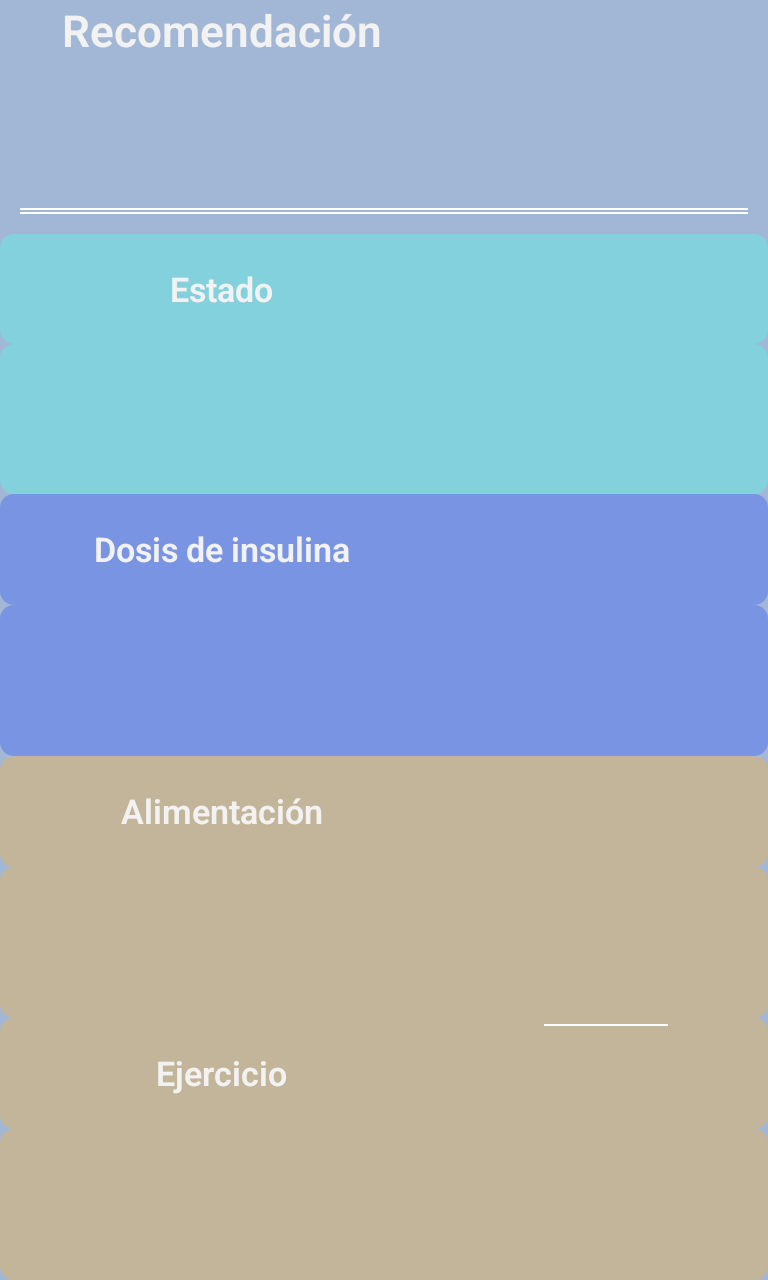
Repository: HectorGarciaMiguel/ssii-diabetes-060036
Layout: SeguimientoDiabetes/res/layout/activity_recomendacion.xml
An editor plug-in stored every save of this project. The layout is shown before and after the next save, followed by the edit.
It is drawn on a 768 x 1280 px phone screen (xhdpi) without system bars, with theme AppTheme; the app's code is not run.

Above is the layout before, as saved 2015-11-17 10:24:34.

### SeguimientoDiabetes/res/layout/activity_recomendacion.xml
<TableLayout xmlns:android="http://schemas.android.com/apk/res/android"
    xmlns:tools="http://schemas.android.com/tools"
    android:id="@+id/TableLayout1"
    android:layout_width="fill_parent"
    android:layout_height="wrap_content"
    android:layout_gravity="top|center"
    android:stretchColumns="*"
    tools:context=".MainActivity" >

    <TableRow
        android:id="@+id/tableRow1"
        android:layout_width="0px"
        android:layout_height="0px"
        android:layout_weight="2">

        <TextView
            android:id="@+id/textView1"
            android:layout_width="fill_parent"
            android:layout_height="fill_parent"
            android:layout_gravity="center_horizontal|center_vertical"
            android:text="Recomendación"
            android:textSize="22sp"
            android:textStyle="bold" />

    </TableRow>

           <View
    		android:layout_height="1dp"
    		android:layout_marginTop="10dp"
    		android:layout_marginRight="10dp"
    		android:layout_marginLeft="10dp"
    		android:layout_marginBottom="1dp"
    		android:background="#FFFFFF"/>
          <View
    		android:layout_height="1dp"
    		android:layout_marginRight="10dp"
    		android:layout_marginLeft="10dp"
    		android:layout_marginBottom="10dp"
    		android:background="#FFFFFF"/>


    <TableRow
        android:id="@+id/tableRow8"
        android:layout_width="0px"
        android:layout_height="0px"
        android:layout_weight="1"
        android:background="@drawable/sombreadoverde" >

        <TextView
            android:id="@+id/textView8"
            android:layout_width="wrap_content"
            android:layout_height="wrap_content"
            android:layout_gravity="center_horizontal|center_vertical"
            android:text="Estado"
            android:textStyle="bold"/>

    </TableRow>

    <TableRow
        android:id="@+id/tableRow9"
        android:layout_width="0px"
        android:layout_height="0px"
        android:layout_weight="1"
        android:background="@drawable/sombreadoverde">

        <TextView
            android:id="@+id/textView9"
            android:layout_width="wrap_content"
            android:layout_height="wrap_content"
            android:padding="10dp" />

    </TableRow>

    <TableRow
        android:id="@+id/tableRow2"
        android:layout_width="0px"
        android:layout_height="0px"
        android:layout_weight="1"
        android:background="@drawable/sombreadoazul">

        <TextView
            android:id="@+id/textView2"
            android:layout_width="wrap_content"
            android:layout_height="wrap_content"
            android:text="Dosis de insulina"
            android:layout_gravity="center_horizontal|center_vertical"
            android:textStyle="bold" />

    </TableRow>

    <TableRow
        android:id="@+id/tableRow3"
        android:layout_width="0px"
        android:layout_height="0px"
        android:layout_weight="1"
        android:background="@drawable/sombreadoazul" >

        <TextView
            android:id="@+id/textView3"
            android:layout_width="wrap_content"
            android:layout_height="wrap_content"
            android:padding="10dp" />

    </TableRow>

    <TableRow
        android:id="@+id/tableRow4"
        android:layout_width="0px"
        android:layout_height="0px"
        android:layout_weight="1"
        android:background="@drawable/sombreadonaranja">

        <TextView
            android:id="@+id/textView4"
            android:layout_width="wrap_content"
            android:layout_height="wrap_content"
            android:layout_gravity="center_horizontal|center_vertical"
            android:text="Alimentación"
            android:textStyle="bold"/>

    </TableRow>

    <TableRow
        android:id="@+id/tableRow5"
        android:layout_width="0px"
        android:layout_height="0px"
        android:layout_weight="1"
        android:background="@drawable/sombreadonaranja">

        <TextView
            android:id="@+id/textView5"
            android:layout_width="wrap_content"
            android:layout_height="wrap_content"
            android:padding="10dp" />

    </TableRow>

    <TableRow
        android:id="@+id/tableRow6"
        android:layout_width="0px"
        android:layout_height="0px"
        android:layout_weight="1"
        android:background="@drawable/sombreadonaranja">

        <TextView
            android:id="@+id/textView6"
            android:layout_width="wrap_content"
            android:layout_height="wrap_content"
            android:text="Ejercicio"
            android:layout_gravity="center_horizontal|center_vertical"
            android:textStyle="bold" />

        <View
    		android:layout_height="1dp"
    		android:layout_marginTop="3dp"
    		android:layout_marginRight="50dp"
    		android:layout_marginLeft="50dp"
    		android:layout_marginBottom="3dp"
    		android:background="#FFFFFF"/>

    </TableRow>

    <TableRow
        android:id="@+id/tableRow7"
        android:layout_width="0px"
        android:layout_height="0px"
        android:layout_weight="1"
        android:background="@drawable/sombreadonaranja">>

        <TextView
            android:id="@+id/textView7"
            android:layout_width="wrap_content"
            android:layout_height="wrap_content"
            android:padding="10dp" />

    </TableRow>

</TableLayout>

### SeguimientoDiabetes/res/values/styles.xml
<resources xmlns:android="http://schemas.android.com/apk/res/android">

    <!--
        Base application theme, dependent on API level. This theme is replaced
        by AppBaseTheme from res/values-vXX/styles.xml on newer devices.
    -->
    <style name="AppBaseTheme" parent="android:Theme.Holo.Light">
        <!--
            Theme customizations available in newer API levels can go in
            res/values-vXX/styles.xml, while customizations related to
            backward-compatibility can go here.
        -->


    </style>

    <!-- Application theme. -->
    <style name="AppTheme" parent="AppBaseTheme">
        <!-- All customizations that are NOT specific to a particular API-level can go here. -->

                                   <item name="android:windowBackground">@drawable/fondo2</item>
                                   <item name="android:windowActionBarOverlay">true</item>
                                    <item name="android:windowActionBar">false</item>
    								<item name="android:windowNoTitle">true</item>


   									<item name="android:textViewStyle">@style/RobotoStyleTextView</item>
    								<item name="android:editTextStyle">@style/RobotoStyleEditText</item>
   									 <item name="android:textAppearance">@style/RobotoStyle</item>


    </style>


    <style name="Boton" parent="android:Theme.Holo.Light">
       <item name="android:layout_width">fill_parent</item>
       <item name="android:layout_height">fill_parent</item>
       <item name="android:textColor">#F2F2F2</item>
       <item name="android:textStyle">bold</item>
       <item name="android:layout_margin">30px</item>
       <item name="android:textSize">18sp</item>
    </style>



    <style name="RobotoStyleTextView" parent="android:Widget.TextView">
    	<item name="android:fontFamily">sans-serif-light</item>
    	<item name="android:textColor">#F2F2F2</item>
    	<item name="android:textSize">17sp</item>
	</style>

      <style name="RobotoStyleEditText" parent="android:Widget.EditText">
    	<item name="android:fontFamily">sans-serif-light</item>
    	<item name="android:textColor">#F2F2F2</item>
    	<item name="android:textSize">20sp</item>
	</style>

       <style name="RobotoStyle" >
    	<item name="android:fontFamily">sans-serif-light</item>
    	<item name="android:textColor">#F2F2F2</item>
    	<item name="android:textSize">25sp</item>
	</style>


    <style name="SombreadoVerde" parent="@style/RobotoStyleTextView">
    	<item name="android:background">#306DE7D9</item>

    </style>


</resources>

### SeguimientoDiabetes/res/drawable/sombreadoverde.xml
<?xml version="1.0" encoding="UTF-8"?>
<shape xmlns:android="http://schemas.android.com/apk/res/android">
    <solid android:color="#6050FCE8"/>
    <corners android:radius="7dp"/>
</shape>

### SeguimientoDiabetes/res/drawable/sombreadoazul.xml
<?xml version="1.0" encoding="UTF-8"?>
<shape xmlns:android="http://schemas.android.com/apk/res/android">
    <solid android:color="#60355CF7"/>
    <corners android:radius="7dp"/>
</shape>

### SeguimientoDiabetes/res/drawable/sombreadonaranja.xml
<?xml version="1.0" encoding="UTF-8"?>
<shape xmlns:android="http://schemas.android.com/apk/res/android">
    <solid android:color="#60F7B335"/>
    <corners android:radius="7dp"/>
</shape>

Loaded but not shown: SeguimientoDiabetes/res/values-v11/styles.xml (common file); SeguimientoDiabetes/res/values-v14/styles.xml (common file)

After the next save:
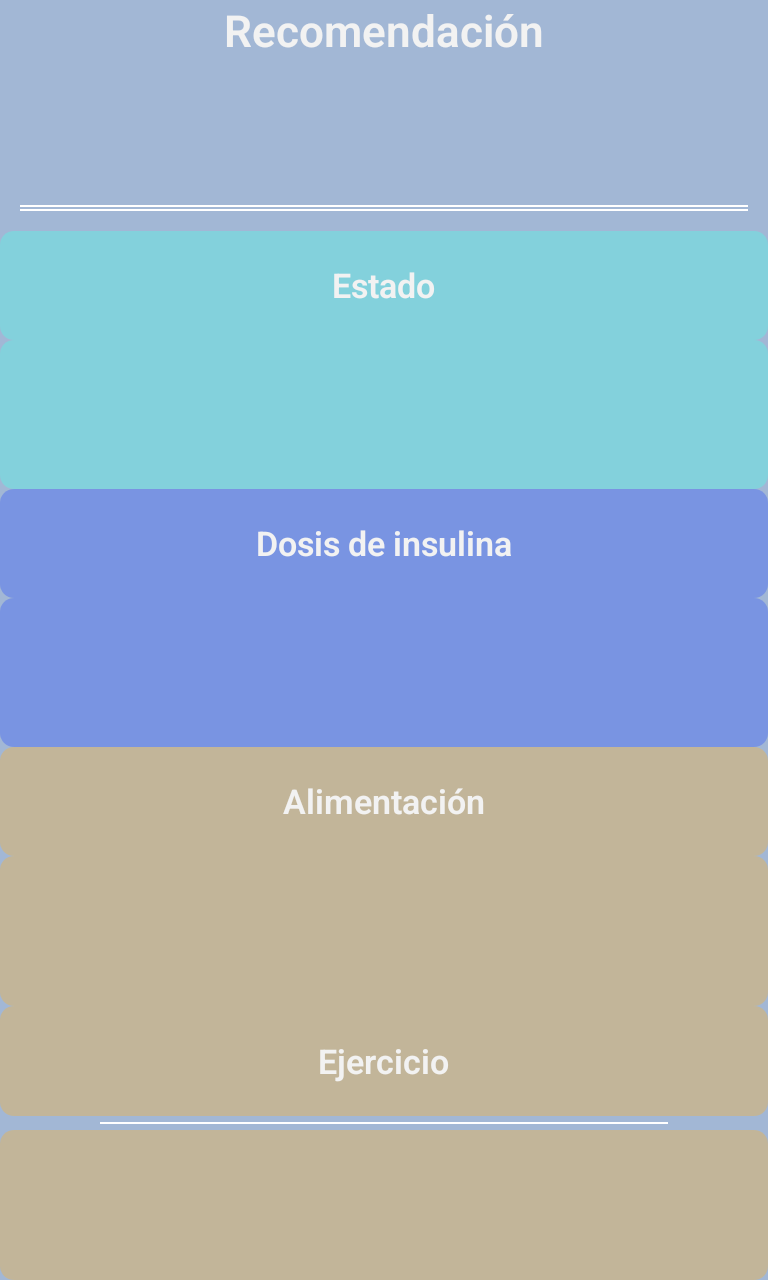
Saved 13 s later.
--- a/SeguimientoDiabetes/res/layout/activity_recomendacion.xml
+++ b/SeguimientoDiabetes/res/layout/activity_recomendacion.xml
@@ -150,15 +150,14 @@
             android:layout_gravity="center_horizontal|center_vertical"
             android:textStyle="bold" />
 
-        <View
+    </TableRow>
+            <View
     		android:layout_height="1dp"
     		android:layout_marginTop="3dp"
     		android:layout_marginRight="50dp"
     		android:layout_marginLeft="50dp"
     		android:layout_marginBottom="3dp"
     		android:background="#FFFFFF"/>
-
-    </TableRow>
 
     <TableRow
         android:id="@+id/tableRow7"
